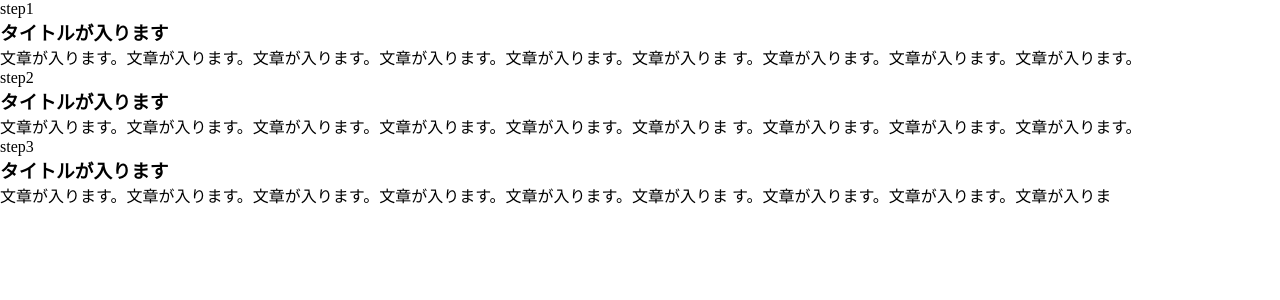
Repository: yesohnuki/shinya-ohnuki
Page: caravan/10.html
The author's editor kept a record of every edit. The page is drawn from the files as they stood at one moment, then again after the next edit.
The browser window is 1280 px wide. The pictures show the whole page.

Above is the page before.

### caravan/10.html
<!DOCTYPE html>
<html>
  <head>
    <meta charset="UTF-8" />
    <link rel="stylesheet" href="10.css" />
    <title>CARAVAN</title>
  </head>

  <body>
    <header></header>

    <main>
      <div class="step-box">
      <div class="step-img1"></div>
      <span class="step-num">step1</span>
       <h3 class="title">タイトルが入ります</h3>
        <p class="text">
          文章が入ります。文章が入ります。文章が入ります。文章が入ります。文章が入ります。文章が入りま
          す。文章が入ります。文章が入ります。文章が入ります。
        </p>
      </div>

      <div class="step-box">
      <div class="step-img2"></div>
      <span class="step-num">step2</span>
       <h3 class="title">タイトルが入ります</h3>
        <p class="text">
          文章が入ります。文章が入ります。文章が入ります。文章が入ります。文章が入ります。文章が入りま
          す。文章が入ります。文章が入ります。文章が入ります。
        </p>
      </div>

      <div class="step-box">
      <div class="step-img3"></div>
      <span class="step-num">step3</span>
       <h3 class="title">タイトルが入ります</h3>
        <p class="text">
          文章が入ります。文章が入ります。文章が入ります。文章が入ります。文章が入ります。文章が入りま
          す。文章が入ります。文章が入ります。文章が入りま
        </p>
      </div>

　　  </main>

    <footer></footer>
  <body>
</html>

### caravan/10.css
* {
  margin: 0;
  padding: 0;
  box-sizing: border-box;
}

.box1 {
  height: 50px;
  width: 100%;
  background-color: #FF9A4B;
}

.main {
  width: 960px;
  display: flex; /* Flexboxの利用 */
  justify-content: center;
  margin-top: 50px;
  margin-bottom: 50px;
}

.main-name {


}
.blog {
  height: 180px;
  width: 300px;
  background-color: #EEEEEE;
  margin-right: 30px; /* 領域の右側余白 */
  margin-left: 30px;
}

.blog-text {
  margin-top: 15px;
  margin-bottom: 5px;
}


.sidebar-left {
  height: 180px;
  width: 300px;
  background-color: #EEEEEE;
  margin-right: 30px; /* 領域の右側余白 */
  margin-left: 30px;
}

.sidebar-right {
  height: 180px;
  width: 300px;
  background-color: #EEEEEE;
  margin-right: 30px; /* 領域の右側余白 */
  margin-left: 30px;
}

.box2 {
  height: 50px;
  width: 100%;
  background-color: #AAAAAA;
}

After the next edit:
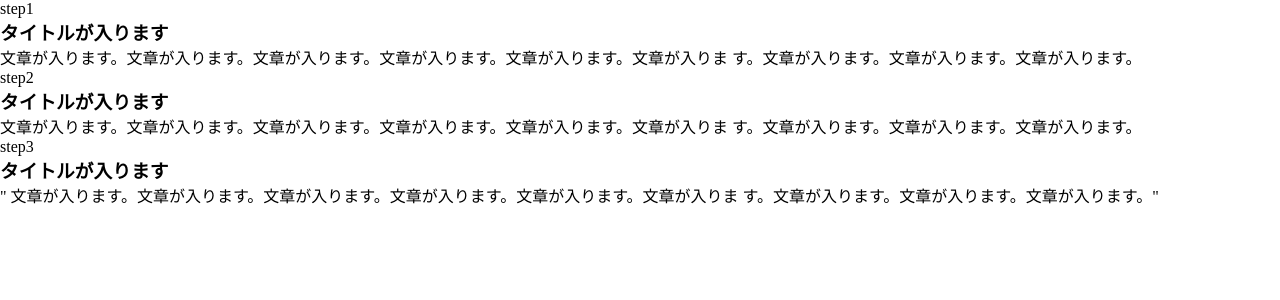
The edit:
--- a/caravan/10.html
+++ b/caravan/10.html
@@ -35,8 +35,8 @@
       <span class="step-num">step3</span>
        <h3 class="title">タイトルが入ります</h3>
         <p class="text">
-          文章が入ります。文章が入ります。文章が入ります。文章が入ります。文章が入ります。文章が入りま
-          す。文章が入ります。文章が入ります。文章が入りま
+          " 文章が入ります。文章が入ります。文章が入ります。文章が入ります。文章が入ります。文章が入りま
+          す。文章が入ります。文章が入ります。文章が入ります。"
         </p>
       </div>
 
